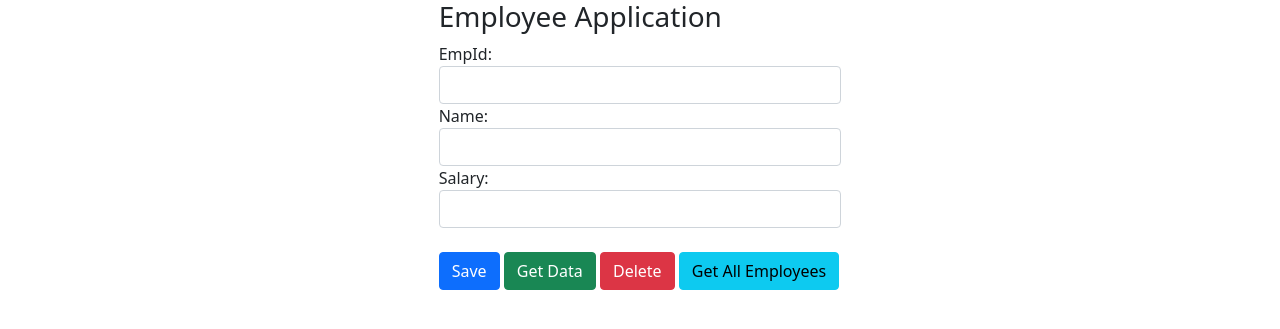
Repository: sourav-py/java-training
Page: http://localhost/springbootMVC/views/index.jsp
The author's editor kept a copy of each file at every save. The page is drawn from the files as they stood at one save, then again after the next save.
The browser window is 1280 px wide. The pictures show the whole page.
The page is served by Tomcat 9. Other server files are loaded and not shown.

Above is the page before, as saved 2022-02-21 09:13:14.

### springbootMVC/src/main/webapp/views/index.jsp
<!DOCTYPE html>
<html>
<head>
<meta charset="ISO-8859-1">
<title>Insert title here</title>

<!-- Latest compiled and minified CSS -->
<link
	href="https://cdn.jsdelivr.net/npm/bootstrap@5.1.3/dist/css/bootstrap.min.css"
	rel="stylesheet">

<!-- Latest compiled JavaScript -->
<script
	src="https://cdn.jsdelivr.net/npm/bootstrap@5.1.3/dist/js/bootstrap.bundle.min.js"></script>
<meta charset="ISO-8859-1">
</head>
<body>

	<div class='container col-sm-4' >
	  <h3 >Employee Application </h3>
		<form action='handleEmpData' method='get'>
			<div class='form-group'>
				EmpId: <input type='number' class='form-control' name='empid'>
			</div>
			<div class='form-group'>
				Name: <input type='text' class='form-control' name='name'>
			</div>
			<div class='form-group'>
				Salary: <input type='number' name='salary' class='form-control'>
				<br>
			</div>
			<div  style='width:100%;margin:auto;'>

			<button class='btn btn-primary' type='submit' name='action'
				value='save'>Save</button>
			<button class='btn btn-success' type='submit' name='action'
				value='getdata'>Get Data</button>
			<button class='btn btn-danger' type='submit' name='action'
				value='delete'>Delete</button>
				<a href='handleEmpData' class='btn btn-info'> Get All Employees</a>
				</div>
		</form>

	</div>

	<div></div>
</body>
</html>

After the next save:
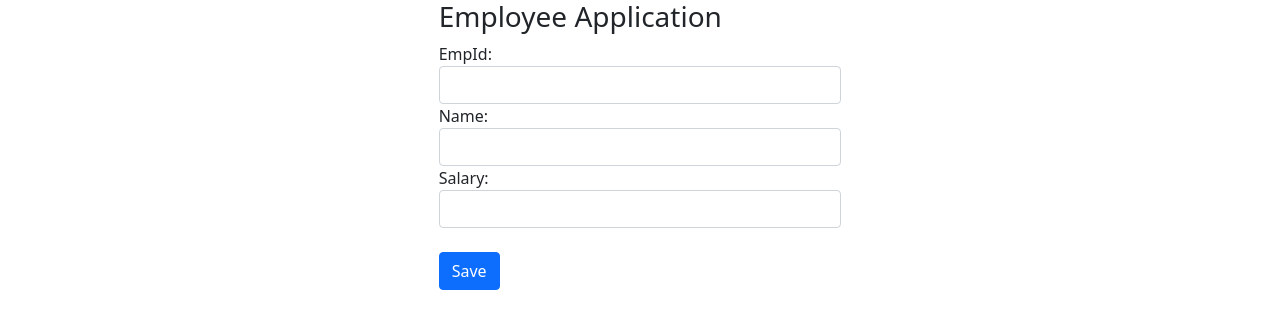
Saved 28 min 1 s later.
--- a/springbootMVC/src/main/webapp/views/index.jsp
+++ b/springbootMVC/src/main/webapp/views/index.jsp
@@ -33,11 +33,7 @@
 
 			<button class='btn btn-primary' type='submit' name='action'
 				value='save'>Save</button>
-			<button class='btn btn-success' type='submit' name='action'
-				value='getdata'>Get Data</button>
-			<button class='btn btn-danger' type='submit' name='action'
-				value='delete'>Delete</button>
-				<a href='handleEmpData' class='btn btn-info'> Get All Employees</a>
+
 				</div>
 		</form>
 
